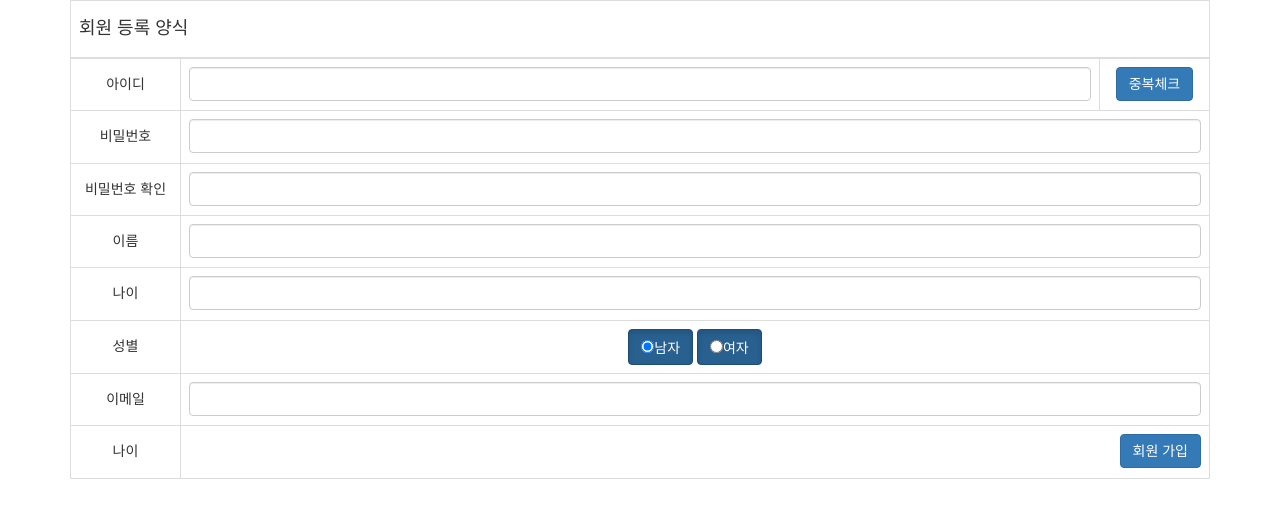
Repository: LJzero-dev/java-study
Page: http://localhost/test/
The author's editor kept a copy of each file at every save. The page is drawn from the files as they stood at one save, then again after the next save.
The browser window is 1280 px wide. The pictures show the whole page.
The page is served by Tomcat 9.

Above is the page before, as saved 2023-06-07 11:21:30.

After the next save:
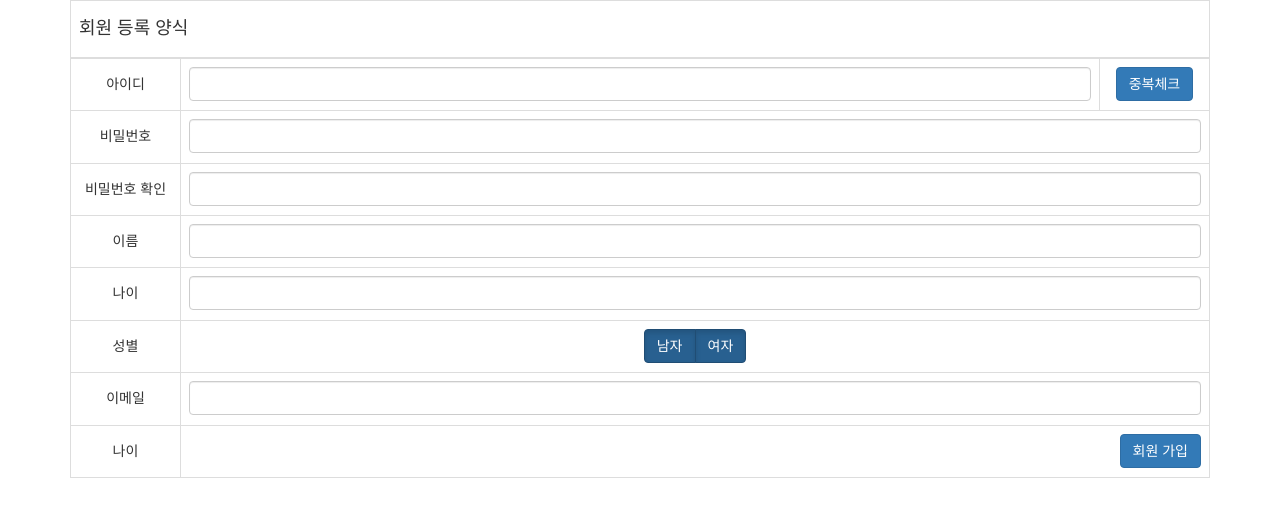
Saved 83 s later.
--- a/web/test/WebContent/index.jsp
+++ b/web/test/WebContent/index.jsp
@@ -45,12 +45,14 @@
 						<td style="width: 110px;"><h5>성별</h5></td>
 						<td colspan="2" >
 							<div class="form-group" style="text-align:center; margin: 0 auto;">
-								<label class="btn btn-primary active">
-									<input type="radio" name="userGender" autocomplete="off" value="남자" checked>남자
-								</label>
-								<label class="btn btn-primary active">
-									<input type="radio" name="userGender" autocomplete="off" value="여자" >여자
-								</label>
+								<div class="btn-group" data-toggle="buttons">
+									<label class="btn btn-primary active">
+										<input type="radio" name="userGender" autocomplete="off" value="남자" checked>남자
+									</label>
+									<label class="btn btn-primary active">
+										<input type="radio" name="userGender" autocomplete="off" value="여자" >여자
+									</label>
+								</div>
 							</div>
 						</td>
 					</tr>
